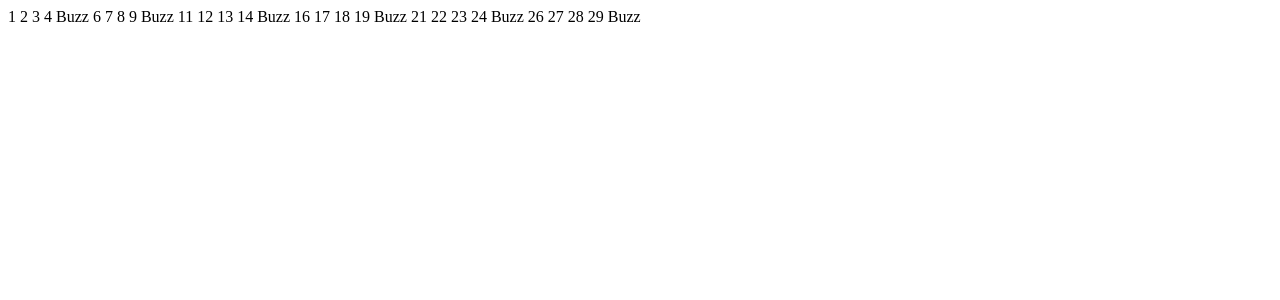
Repository: Ryutaro26/samurai-lp
Page: http://localhost/for.php
The author's editor kept a record of every edit. The page is drawn from the files as they stood at one moment, then again after the next edit.
The browser window is 1280 px wide. The pictures show the whole page.
The page is run by PHP 8.4 with error messages shown; the project is at /var/www/html/.

Above is the page before.

After the next edit:
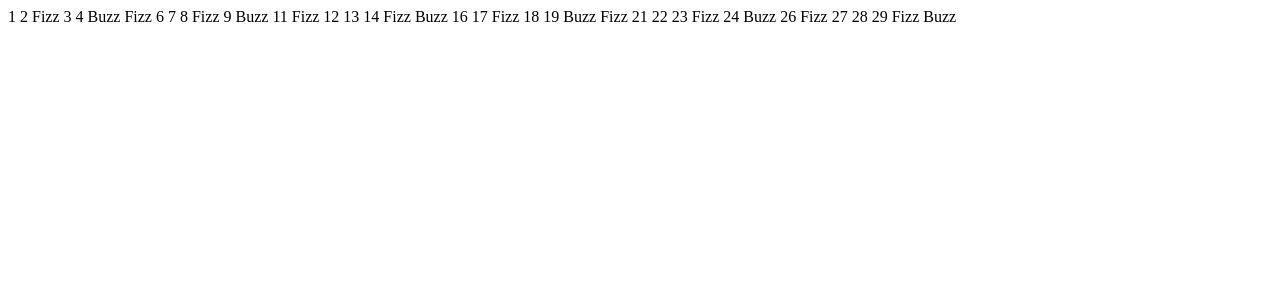
The edit:
--- a/for.php
+++ b/for.php
@@ -1,5 +1,8 @@
 <?php
 for($i = 1; $i <= 30; $i++) {
+    if($i % 3 == 0){
+        print("Fizz"."\n");
+    }
     if($i % 5 == 0){
          print("Buzz"."\n");
     }else {
